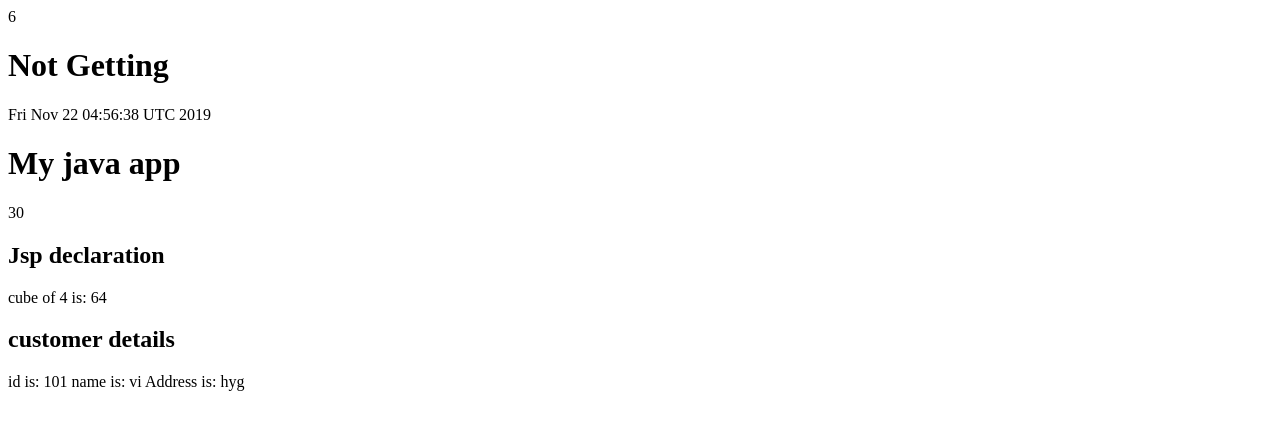
Repository: Vikas333/slk2
Page: http://localhost/Testproject/
An editor plug-in stored every save of this project. The page is shown before and after the next save, followed by the edit.
The browser window is 1280 px wide. The pictures show the whole page.
The page is served by Tomcat 9. Other server files are loaded and not shown.

Above is the page before, as saved 2019-11-22 06:20:26.

### Testproject/WebContent/Test.jsp
<%@ page language="java" contentType="text/html; charset=ISO-8859-1"
    pageEncoding="ISO-8859-1"%>

<%@ page import="com.slk.beam.Customer" %>
<!DOCTYPE html PUBLIC "-//W3C//DTD HTML 4.01 Transitional//EN" "http://www.w3.org/TR/html4/loose.dtd">
<html>
<head>
<meta http-equiv="Content-Type" content="text/html; charset=ISO-8859-1">
<title>Insert title here</title>
</head>
<body>
 <%=2+4 %>
<h1>Not Getting</h1>
<%=new java.util.Date() %>

<h1>My java app</h1>
<%
int a=10,b=20,c;
c=a+b;
%>
<%=c %>

<h2> Jsp declaration</h2>
<%!
int cube(int n)
{
return n*n*n;
}
%>


<%= "cube of 4 is:  "+cube(4) %>




 <h2>customer details</h2>
<%

Customer obj=new Customer();
obj.setCustId(101);
obj.setName("vi");
obj.setAddress("hyg");

%>
<%= "id is: "+obj.getCustId()%>
<%= "name is: "+obj.getName()%>
<%= "Address is: "+obj.getAddress()%>
</body>
</html>

### Testproject/src/com/slk/beam/Customer.java
package com.slk.beam;

public class Customer {
   private int CustId;
   private String name;
   private String address;
public int getCustId() {
	return CustId;
}
public void setCustId(int custId) {
	CustId = custId;
}
public String getName() {
	return name;
}
public void setName(String name) {
	this.name = name;
}
public String getAddress() {
	return address;
}
public void setAddress(String address) {
	this.address = address;
}
}

After the next save:
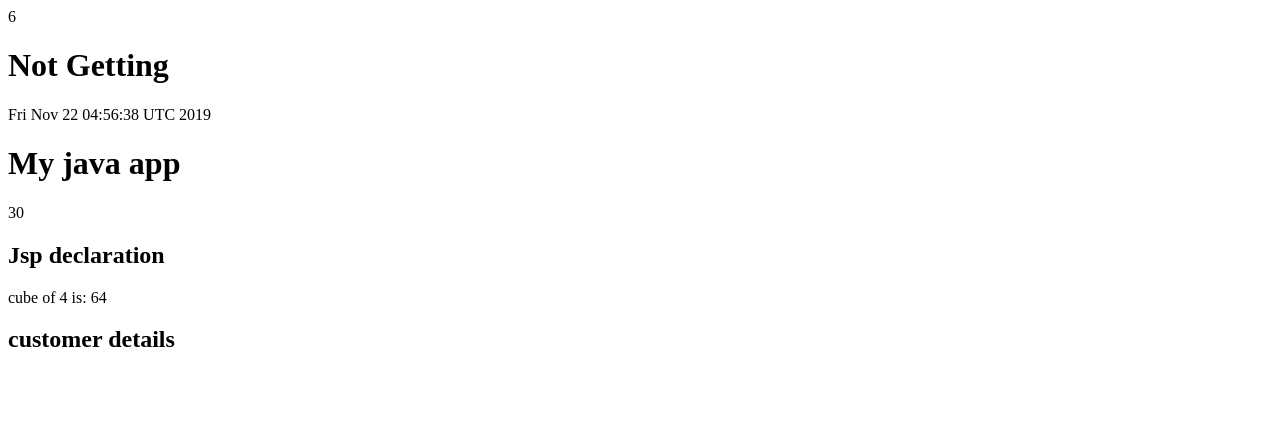
Saved 14 s later.
--- a/Testproject/WebContent/Test.jsp
+++ b/Testproject/WebContent/Test.jsp
@@ -35,16 +35,6 @@
 
 
  <h2>customer details</h2>
-<%
 
-Customer obj=new Customer();
-obj.setCustId(101);
-obj.setName("vi");
-obj.setAddress("hyg");
-
-%>
-<%= "id is: "+obj.getCustId()%>
-<%= "name is: "+obj.getName()%>
-<%= "Address is: "+obj.getAddress()%>
 </body>
 </html>

After the 3 saves that followed:
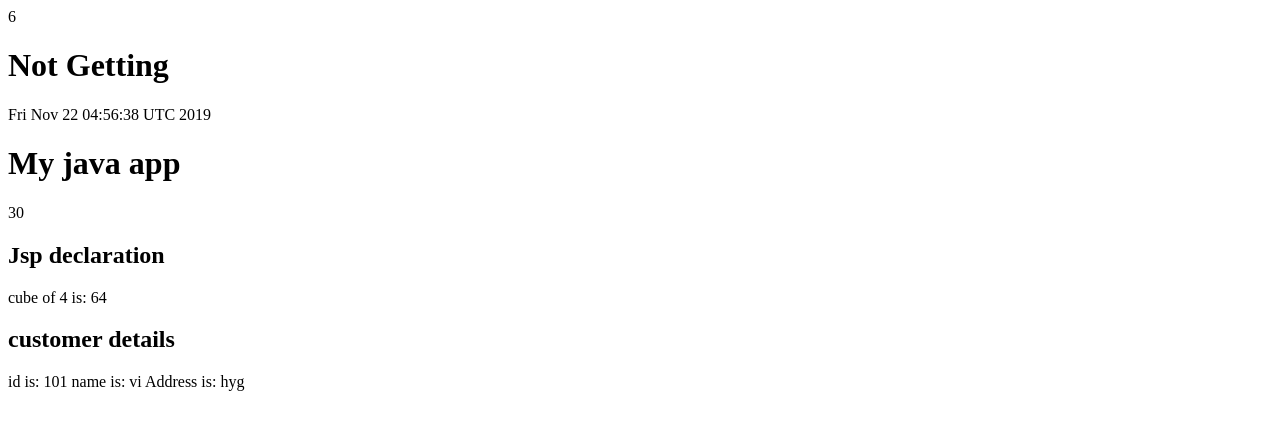
The 3 saves are shown as one change because 2 left the picture as it was.
The last was saved 103 s later.
--- a/Testproject/WebContent/Test.jsp
+++ b/Testproject/WebContent/Test.jsp
@@ -35,6 +35,16 @@
 
 
  <h2>customer details</h2>
+<%
 
+Customer obj=new Customer();
+obj.setCustId(101);
+obj.setName("vi");
+obj.setAddress("hyg");
+
+%>
+<%= "id is: "+obj.getCustId()%>
+<%= "name is: "+obj.getName()%>
+<%= "Address is: "+obj.getAddress()%>
 </body>
 </html>
